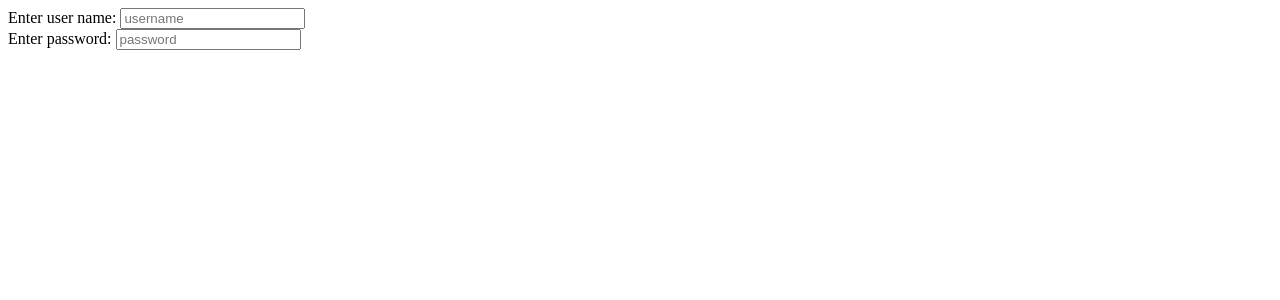
Repository: ApoorvaMishra4/Bootcamp
Page: http://localhost/Login/
The author's editor kept a copy of each file at every save. The page is drawn from the files as they stood at one save, then again after the next save.
The browser window is 1280 px wide. The pictures show the whole page.
The page is served by Tomcat 9. Other server files are loaded and not shown.

Above is the page before, as saved 2018-08-09 04:05:52.

### Login/src/main/webapp/index.jsp
<html>
<head>
</head>
<body>
<form action ="#">
<label for="username">Enter user name:</label>
<input type="text" name ="username" placeholder="username">
<br>
<label for="password">Enter password:</label>
<input type="password" name ="password" placeholder="password">
</form>
</body>
</html>

After the next save:
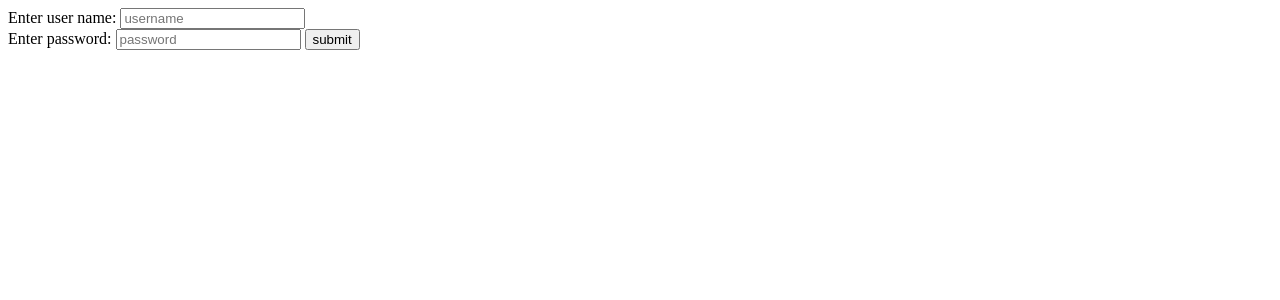
Saved 83 s later.
--- a/Login/src/main/webapp/index.jsp
+++ b/Login/src/main/webapp/index.jsp
@@ -8,6 +8,7 @@
 <br>
 <label for="password">Enter password:</label>
 <input type="password" name ="password" placeholder="password">
+<input type="button" value="submit" onclick="location.href='#'">
 </form>
 </body>
 </html>
